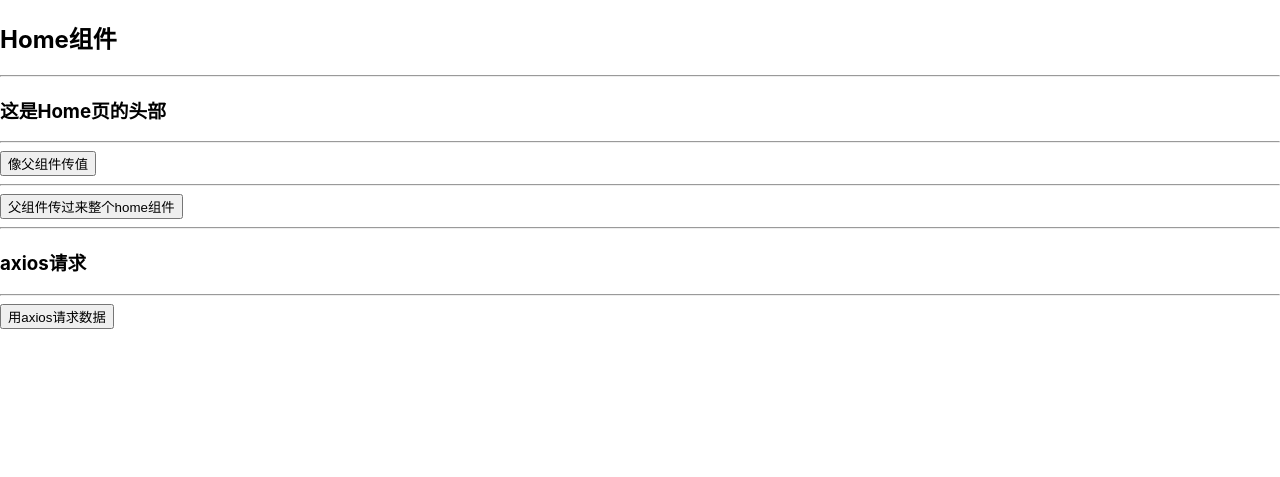
Repository: zhenzhen-gong/react-learning
Page: /content/01
The author's editor kept a copy of each file at every save. The page is drawn from the files as they stood at one save, then again after the next save.
The browser window is 1280 px wide. The pictures show the whole page.
The project was rebuilt for these pictures with package versions that can differ from the ones it lists, and the page was loaded fresh each time.

Above is the page before, as saved 2021-04-18 11:00:21.

After the next save:
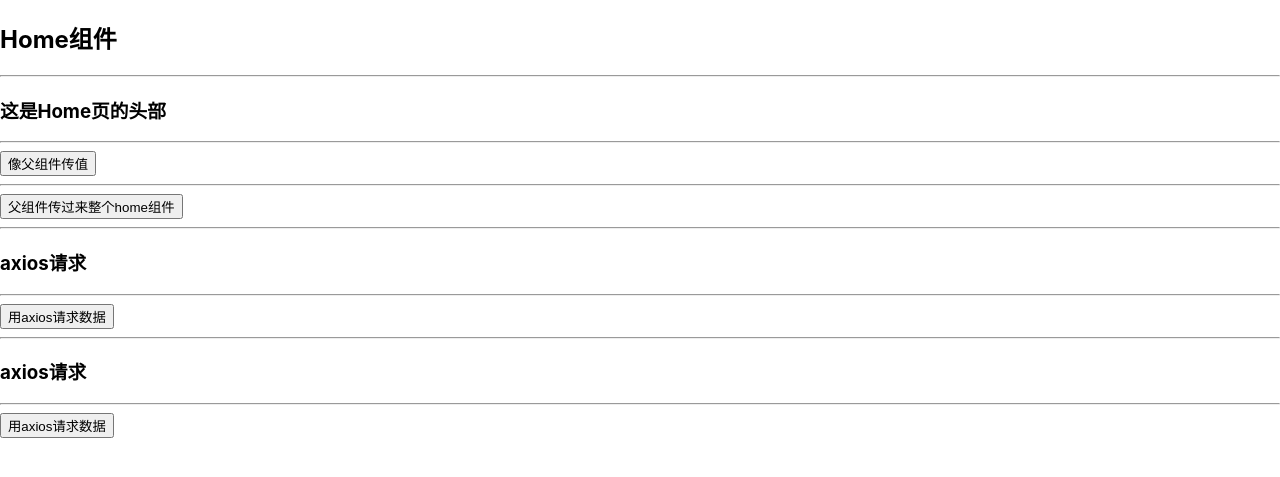
Saved 86 s later.
--- a/src/component/passValue/home.js
+++ b/src/component/passValue/home.js
@@ -1,6 +1,7 @@
 import React, {Component} from 'react'
 import Header from './header'
 import Axios from '../axios'
+import FetchJsonp from '../fetch-jsonp'
 
 
 class Home extends Component {
@@ -29,6 +30,8 @@ class Home extends Component {
                 <Header title={this.state.title} childFun={this.fartherFun} home={this}/>
                 <hr />
                 <Axios />
+                <hr />
+                <FetchJsonp />
             </div>
         )
     }
